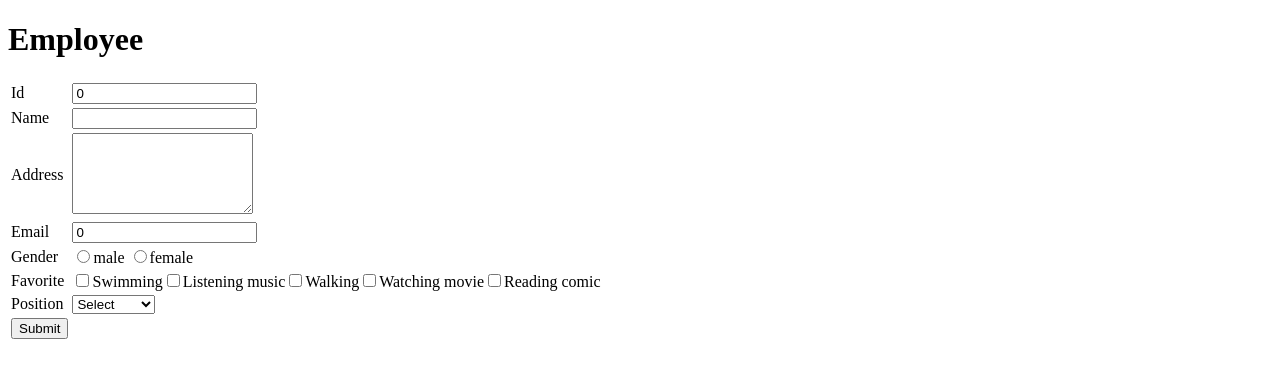
Repository: kubon9xhd/SpringMVC
Page: http://localhost/spring-excercise-6/insert
The author's editor kept a copy of each file at every save. The page is drawn from the files as they stood at one save, then again after the next save.
The browser window is 1280 px wide. The pictures show the whole page.
The page is served by Tomcat 9. The template is opened directly, without the code that normally fills it, so the values that code supplies are empty.

Above is the page before, as saved 2021-06-06 15:30:27.

After the next save:
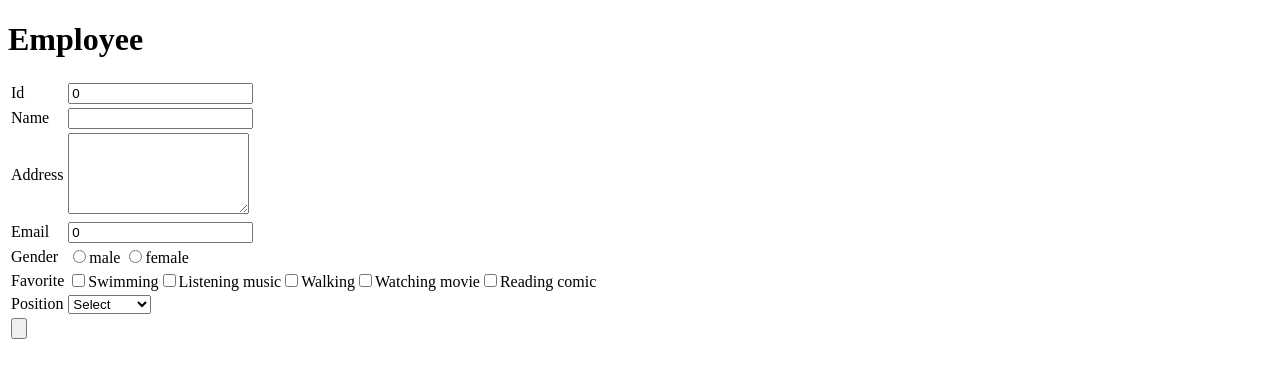
Saved 53 s later.
--- a/spring-excercise-6/src/main/webapp/WEB-INF/views/employee/insert.jsp
+++ b/spring-excercise-6/src/main/webapp/WEB-INF/views/employee/insert.jsp
@@ -45,7 +45,7 @@
 					</form:select></td>
 			</tr>
 			<tr>
-				<td><input type="submit" value="Submit"></td>
+				<td><input type="submit" value=""></td>
 			</tr>
 		</table>
 	</form:form>

After the save that followed:
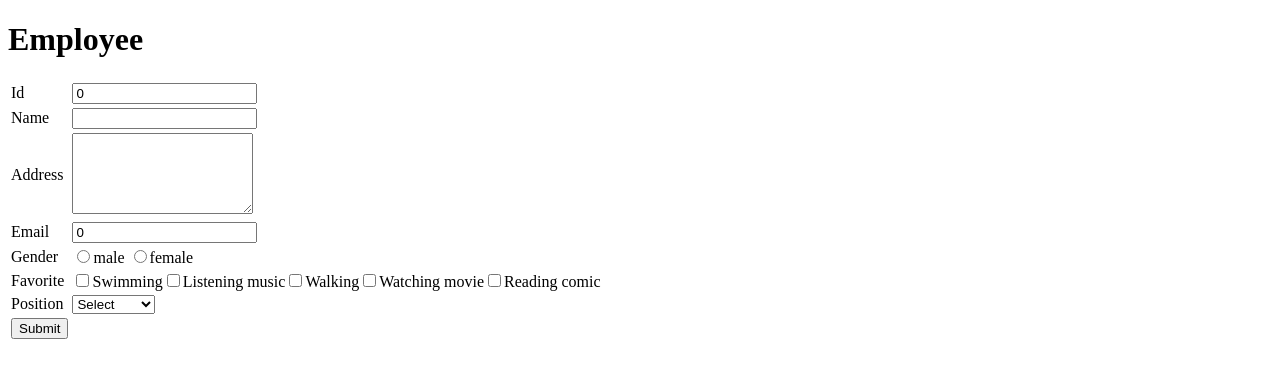
Saved 51 s later.
--- a/spring-excercise-6/src/main/webapp/WEB-INF/views/employee/insert.jsp
+++ b/spring-excercise-6/src/main/webapp/WEB-INF/views/employee/insert.jsp
@@ -45,7 +45,7 @@
 					</form:select></td>
 			</tr>
 			<tr>
-				<td><input type="submit" value=""></td>
+				<td><input type="submit" value="Submit"></td>
 			</tr>
 		</table>
 	</form:form>
